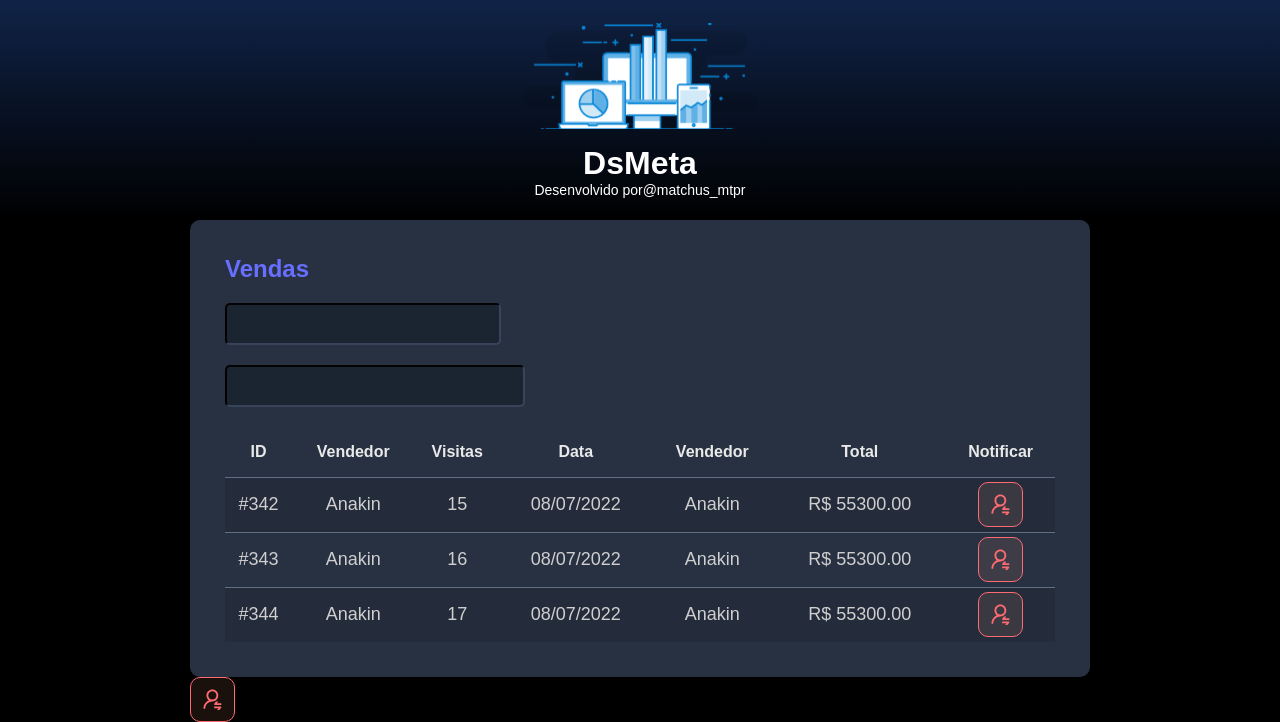
Repository: MatheusAlvesPereiraRosa/ds-meta
Page: / (app in frontend/)
The author's editor kept a copy of each file at every save. The page is drawn from the files as they stood at one save, then again after the next save.
The browser window is 1280 px wide. The pictures show the whole page.
The project was rebuilt for these pictures with package versions that can differ from the ones it lists, and the page was loaded fresh each time. Also part of the build but not shown: frontend/vite.config.ts.

Above is the page before, as saved 2022-09-08 18:13:30.

### frontend/src/App.tsx
import Header from "./components/Header"
import SalesCard from "./components/SalesCard"
import NotificationButton from "./components/NotificationButton"


function App() {
  return (
    <>
      <Header />
      <main>
        <section id="sales">
          <div className="dsmeta-container">
          <SalesCard />
          <NotificationButton />
        </div>
        </section>
      </main>
    </>
  )
}

export default App

### frontend/src/index.css
@import url('https://fonts.googleapis.com/css2?family=Roboto:wght@300&display=swap');

* {
    font-family: 'Rotobto', sans-serif;
    box-sizing: border-box;
    margin: 0;
    padding: 0;
}

body, html {
    background-color: black;
    color: #fff;
}

a, a:hover, a:visited {
    color: unset;
    text-decoration: none;
}

### frontend/src/components/Header/index.tsx

import logo from '../../assets/img/logo.svg'
import './styles.css'

function Header() {
  return (
    <header>
      <div className="dsmeta-logo-container">
        <img src={logo} alt="Logo" />
        <h1>DsMeta</h1>
        <p>
          Desenvolvido por
          <a href="https://www.instagram.com/matchus_mtpr">@matchus_mtpr</a>
        </p>
      </div>
    </header>
  )
}

export default Header

### frontend/src/components/SalesCard/index.tsx
import Button from '../NotificationButton/index'
import DatePicker from 'react-datepicker'
import "react-datepicker/dist/react-datepicker.css"
import './styles.css'

function SalesCard () {
    return (
        <div className="dsmeta-card">
            <h2 className="dsmeta-sales-title">Vendas</h2>
            <div>
              <div className="dsmeta-form-control-container">
                <DatePicker className="dsmeta-form-control" type="text" />
              </div>
              <div className="dsmeta-form-control-container">
                <input className="dsmeta-form-control" type="text" />
              </div>
            </div>

            <div>
              <table className="dsmeta-sales-table">
                <thead>
                  <tr>
                    <th className="show992">ID</th>
                    <th className="show992">Vendedor</th>
                    <th className="show992">Visitas</th>
                    <th className="show576">Data</th>
                    <th>Vendedor</th>
                    <th>Total</th>
                    <th>Notificar</th>
                  </tr>
                </thead>
                <tbody>
                  <tr>
                    <td className="show992">#342</td>
                    <td className="show992">Anakin</td>
                    <td className="show992">15</td>
                    <td className="show576">08/07/2022</td>
                    <td>Anakin</td>
                    <td>R$ 55300.00</td>
                    <td>
                      <div className="dsmeta-red-btn-container">
                        <Button />
                      </div>
                    </td>
                  </tr>

                  <tr>
                    <td className="show992">#343</td>
                    <td className="show992">Anakin</td>
                    <td className="show992">16</td>
                    <td className="show576">08/07/2022</td>
                    <td>Anakin</td>
                    <td>R$ 55300.00</td>
                    <td>
                      <div className="dsmeta-red-btn-container">
                        <Button />
                      </div>
                    </td>
                  </tr>
                  <tr>
                    <td className="show992">#344</td>
                    <td className="show992">Anakin</td>
                    <td className="show992">17</td>
                    <td className="show576">08/07/2022</td>
                    <td>Anakin</td>
                    <td>R$ 55300.00</td>
                    <td>
                      <div className="dsmeta-red-btn-container">
                        <Button />
                      </div>
                    </td>
                  </tr>
                </tbody>
              </table>
            </div>
          </div>
    )
}

export default SalesCard

### frontend/src/components/NotificationButton/index.tsx
import icone from '../../assets/img/icone.svg'
import './styles.css'

function NotificationButton () {
    return (
        <div className="dsmeta-red-btn">
            <img src={icone} alt="Notificar" />
        </div>
    )
}

export default NotificationButton

### frontend/src/components/Header/styles.css
header {
    background: linear-gradient(180deg, #102347 0%, transparent);
    height: 220px;
    display: flex;
    align-items: center;
    justify-content: center;
}

.dsmeta-logo-container {
    display: flex;
    flex-direction: column;
    align-items: center;
}

.dsmeta-logo-container img{
    width: 235px;
}

.dsmeta-logo-container h1{
    margin-top: 15px;
}

.dsmeta-logo-container p{
    font-size: 14px;
    font-weight: 300;
}

### frontend/src/components/SalesCard/styles.css
.dsmeta-card {
    background-color: #283142;
    border-radius: 10px;
    padding: 30px 10px;
}

.dsmeta-container {
    width: 100%;
    max-width: 900px;
    margin: 0 auto;
}

#id {
    padding: 40px 10px;
}

.dsmeta-sales-title {
    color: #676FFF;
    font-size: 24px;
    margin-bottom: 20px;
}

.dsmeta-form-control {
    height: 36px;
    background-color: #1B2531;
    width: 100%;
    max-width: 300px;
    border-radius: 5px;
    border-color: #384459;
    color: #9AAABE;
    padding: 19px 20px;
    font-size: 18px;
}

.dsmeta-sales-table {
    width: 100%;
    border-spacing: 0;
    border-collapse: collapse;
}

.dsmeta-sales-table thead{
    height: 50px;
    font-size: 16px;
    color: #E9E9E9;
    font-weight: 600;
}

.dsmeta-sales-table tbody{
    font-weight: 400;
    font-size: 14px;
    color: #CFCFCF;
    text-align: center;
}

.dsmeta-sales-table tbody tr {
    height: 74px;
    border-top: 1px solid #5F6E82;
}

.dsmeta-sales-table tbody tr:nth-child(odd) {
    background-color: #242C3B;
}

.dsmeta-sales-table tbody tr:hover > td {
    background-color: #384459;
}

.dsmeta-red-btn-container {
    display: flex;
    justify-content: center;
}

.show992 {
    display: none;
}

.show576 {
    display: none;
}

@media (min-width: 996px) {
    .show992 {
        display: table-cell;
    }

    .dsmeta-card {
        padding: 35px;
    }
}

@media (min-width: 576px) {
    .show576 {
        display: table-cell;
    }

    .dsmeta-sales-table tbody tr {
        height: 55px;
    }

    .dsmeta-sales-table tbody{
        font-size: 18px;
    }
}

.dsmeta-form-control-container {
    margin-bottom: 20px;
}

### frontend/src/components/NotificationButton/styles.css
.dsmeta-red-btn {
    height: 45px;
    width: 45px;
    background-color: rgba(255, 167, 114, 0.1);
    border: 1px solid #ff6b72;
    border-radius: 10px;
    display: flex;
    align-items: center;
    justify-content: center;
    cursor: pointer;
}

.dsmeta-red-btn img {
    width: 19px;
}

Loaded but not shown: frontend/index.html (common file); frontend/src/main.tsx (common file)

After the next save:
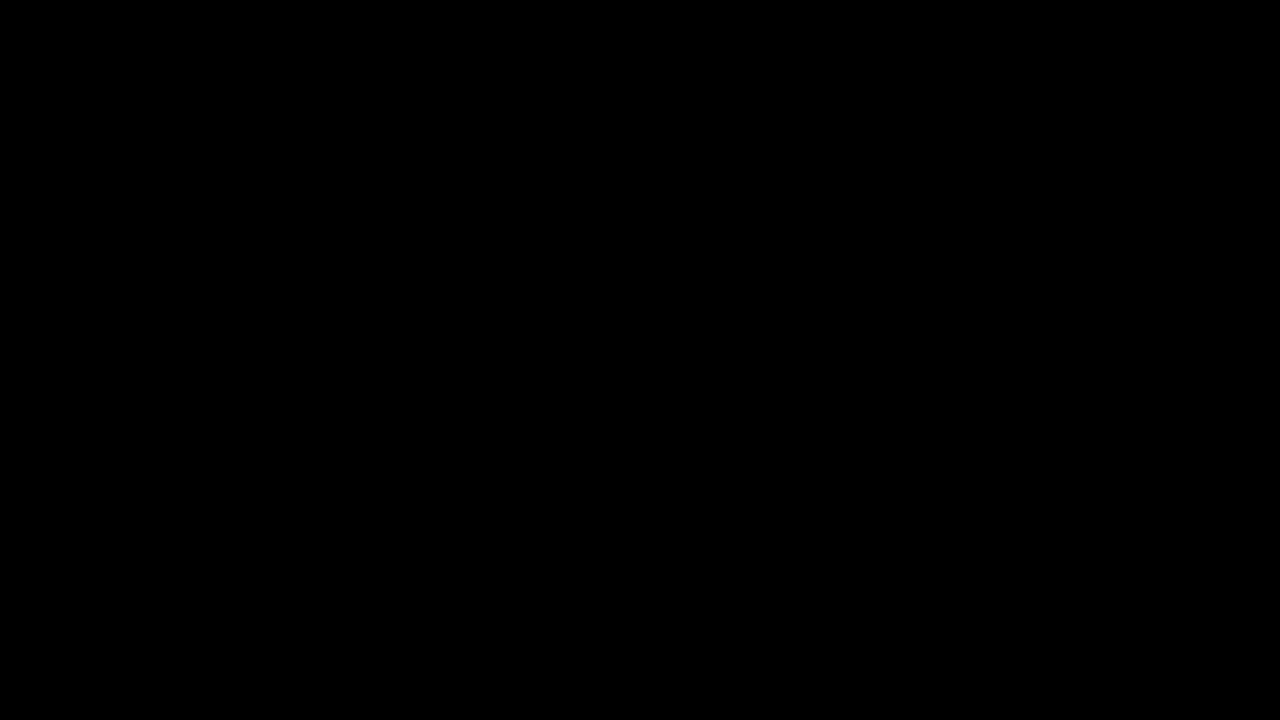
Console error (its wording comes from the project's code and is left out).
Saved 56 s later.
--- a/frontend/src/components/SalesCard/index.tsx
+++ b/frontend/src/components/SalesCard/index.tsx
@@ -9,7 +9,11 @@
             <h2 className="dsmeta-sales-title">Vendas</h2>
             <div>
               <div className="dsmeta-form-control-container">
-                <DatePicker className="dsmeta-form-control" type="text" />
+                <DatePicker
+                    selected={new Date()}
+                    onChange={(date: Date) => {}}
+                    className="dsmeta-form-control"
+                    dateFormat="dd/MM/YYYY" />
               </div>
               <div className="dsmeta-form-control-container">
                 <input className="dsmeta-form-control" type="text" />

After the 3 saves that followed:
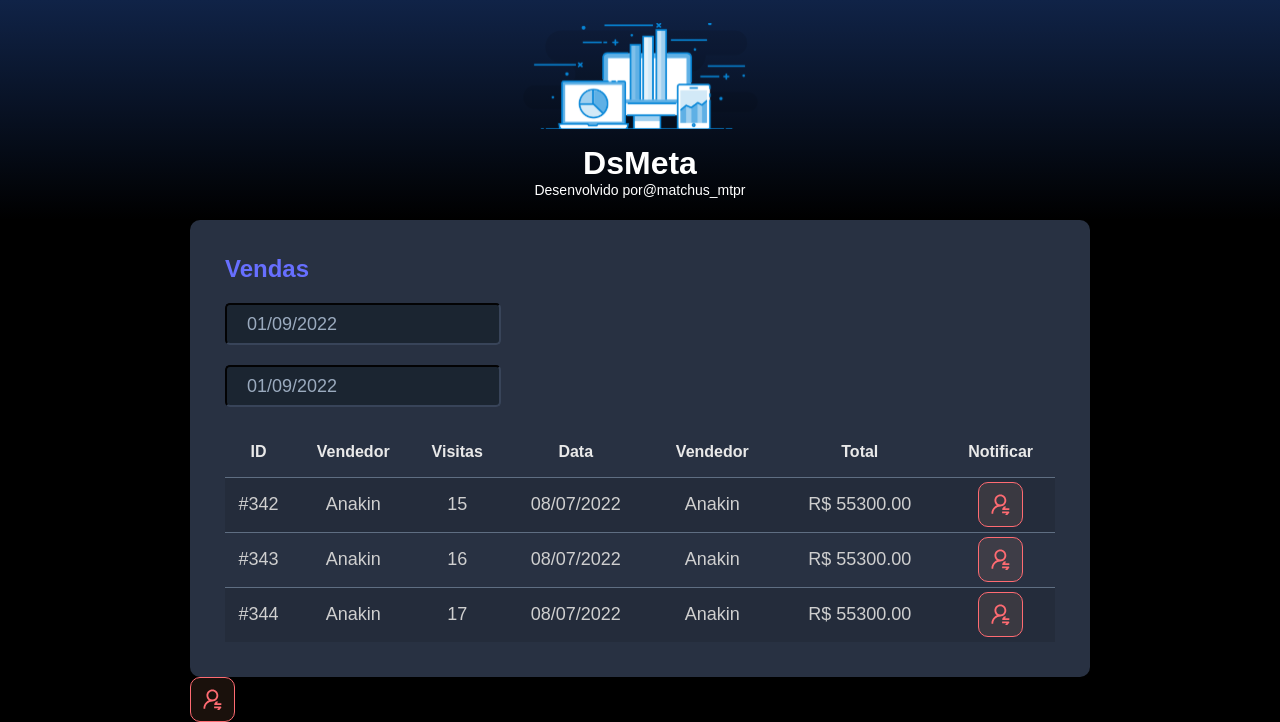
The error is gone.
The 3 saves are shown as one change because 2 left the picture as it was.
The last was saved 2 min 25 s later.
--- a/frontend/src/components/SalesCard/index.tsx
+++ b/frontend/src/components/SalesCard/index.tsx
@@ -13,10 +13,16 @@
                     selected={new Date()}
                     onChange={(date: Date) => {}}
                     className="dsmeta-form-control"
-                    dateFormat="dd/MM/YYYY" />
+                    dateFormat="dd/MM/yyyy"
+                />
               </div>
               <div className="dsmeta-form-control-container">
-                <input className="dsmeta-form-control" type="text" />
+                <DatePicker
+                    selected={new Date()}
+                    onChange={(date: Date) => {}}
+                    className="dsmeta-form-control"
+                    dateFormat="dd/MM/yyyy"
+                />
               </div>
             </div>
 
